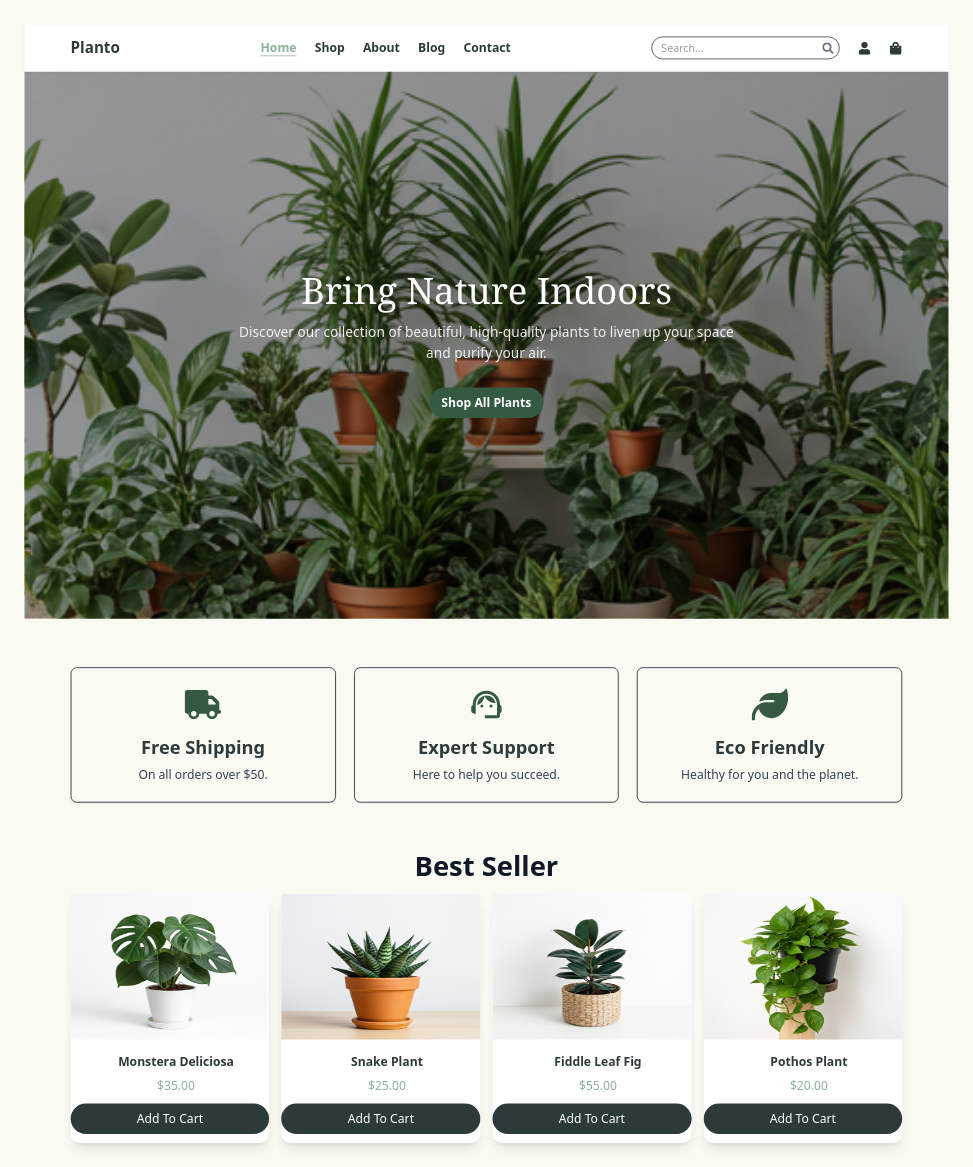
Repository: mazenessam99/Planto
Page: /
The author's editor kept a copy of each file at every save. The page is drawn from the files as they stood at one save, then again after a run of saves.
The browser window is 1280 px wide. The pictures show the whole page, at 76% of full size.
The project was rebuilt for these pictures with package versions that can differ from the ones it lists, and the page was loaded fresh each time. Also part of the build but not shown: vite.config.js.

Above is the page before, as saved 2025-11-22 23:12:17.

### index.html
<!doctype html>
<html lang="en">
  <head>
    <meta charset="UTF-8" />
    <link rel="icon" type="image/svg+xml" href="/vite.svg" />
    <meta name="viewport" content="width=device-width, initial-scale=1.0" />
    <title>plants_website</title>
  </head>
  <body>
    <div id="root"></div>
    <script type="module" src="/src/main.jsx"></script>
  </body>
</html>

### src/index.css
@import "tailwindcss";
@import "tailwindcss/theme" layer(theme);
@theme {
  --color-primary: #2D3A3A;
  --color-forest:#386641;
  --color-green:#345A41;
  --color-secondary: #8DB098;
  --color-Terracotta: #C27357;
  --color-sky:#B0D0D3;
  --font-cairo: "Cairo", sans-serif;
  --spacing-128: 32rem;
}

/* ----- BASE ----- */
@layer base {
  body {
    @apply  bg-[#F9FAF1] text-gray-900;
  }
}

/* ----- COMPONENTS ----- */
@layer components {
  .btn {
    @apply bg-primary text-white px-4 py-2 rounded-full cursor-pointer ;
  }
  .btn-green{
    @apply bg-green ;
  }

  .card {
    @apply bg-white p-6 rounded-xl shadow;
  }

}
/* Scrollbar width */
::-webkit-scrollbar {
  width: 8px;
}

/* Scrollbar track  */
::-webkit-scrollbar-track {
  background: #2D3A3A;
  border-radius: 8px;
}

/* Scrollbar thumb  */
::-webkit-scrollbar-thumb {
  background-color: #8DB098;
  border-radius: 8px;
}

::-webkit-scrollbar-thumb:hover {
  background-color: #789983;
}

.container{
  width:90%;
  margin:0 auto;
}

### src/App.jsx

import './App.css'
import Button from './components/ui/Button'
import Home from './pages/Home'

function App() {


  return (
    <>
      <Home/>


    </>
  )
}

export default App

### src/components/ui/Button.jsx
const Button = ({ children, className = "",variant="", ...props }) => {
    return (
        <button className={`btn btn-${variant} ${className}`} {...props}>
            {children}
        </button>
    )
}

export default Button

### src/pages/Home.jsx
import BestSeller from '../components/layout/BestSeller'
import DeliveryCard from '../components/layout/DeliveryCard'
import Hero from '../components/layout/Hero'
import Navbar from '../components/layout/Navbar'

const Home = () => {
  return (
    <div>
        <Navbar/>
        <Hero/>
        <DeliveryCard/>
        <BestSeller/>
    </div>
  )
}

export default Home

### src/components/layout/BestSeller.jsx
import React from 'react'
import { BESTSELLER_CARDS } from '../../utils/constants';
import ProductCard from '../ui/ProductCard';

const BestSeller = () => {
  return (
    <section className='container'>
        <h2 className="text-4xl text-center font-bold mb-4">Best Seller</h2>
        <div className='grid grid-cols-1 sm:grid-cols-2 lg:grid-cols-4 gap-4'>
            {BESTSELLER_CARDS.map((card,index)=>(
                <ProductCard src={card.src} title={card.title} price={card.price}/>
        ))}
        </div>

    </section>
  )
}

export default BestSeller;

### src/components/layout/DeliveryCard.jsx
import { motion } from "framer-motion";
import { DELIVERY_CARDS } from "../../utils/constants";
import { FaTruck, FaLeaf } from "react-icons/fa6";
import { MdSupportAgent } from "react-icons/md";

const icons = {
  truck: <FaTruck />,
  support: <MdSupportAgent />,
  leaf: <FaLeaf />,
};

const DeliveryCards = () => {
  return (
    <section className="container py-16">
      <div className="grid grid-cols-1 sm:grid-cols-2 lg:grid-cols-3 gap-6">
        {DELIVERY_CARDS.map((card, index) => (
          <div key={card.id} className="flex flex-col items-center justify-center text-center p-6 border rounded-lg shadow hover:shadow-lg  transition">
            <div className="text-5xl text-green">
              {icons[card.icon]}
            </div>
            <h3 className="mt-4 mb-2 font-bold text-xl md:text-2xl text-primary">{card.title}</h3>
            <p className="text-gray-700 ">{card.desc}</p>
          </div>
        ))}

      </div>
    </section>
  );
};

export default DeliveryCards;

### src/components/layout/Hero.jsx
import { motion } from "framer-motion";
import HeroImg from "../../assets/images/Hero.png";
import Button from "../ui/Button";

const Hero = () => {
  return (
    <section
      className="relative h-screen overflow-hidden"
    >

      <motion.div
        className="absolute inset-0 bg-cover bg-center"
        style={{ backgroundImage: `url(${HeroImg})` }}
        animate={{ scale: [1, 1.05, 1] }}
        transition={{ duration: 10, repeat: Infinity, ease: "easeInOut" }}
      />

      {/* Overlay */}
      <div className="absolute inset-0 bg-black/40"></div>

      <div className="relative z-10 flex flex-col items-center justify-center h-full px-4 md:px-0 space-y-4 text-center">
        <motion.h1
          initial={{ y: -20, opacity: 0 }}
          animate={{ y: 0, opacity: 1 }}
          transition={{ duration: 0.8 }}
          className="text-white text-2xl md:text-4xl lg:text-5xl font-serif"
        >
          Bring Nature Indoors
        </motion.h1>

        <motion.h2
          initial={{ y: 20, opacity: 0 }}
          animate={{ y: 0, opacity: 1 }}
          transition={{ duration: 0.8, delay: 0.3 }}
          className="text-white/90 text-sm md:text-base lg:text-lg max-w-2xl font-normal"
        >
          Discover our collection of beautiful, high-quality plants to liven up your space and purify your air.
        </motion.h2>

        <motion.div
          initial={{ scale: 0.8, opacity: 0 }}
          animate={{ scale: 1, opacity: 1 }}
          transition={{ duration: 0.5, delay: 0.6 }}
        >
          <Button className="btn-green font-bold mt-4">Shop All Plants</Button>
        </motion.div>
      </div>
    </section>
  );
};

export default Hero;

### src/components/layout/Navbar.jsx
import { useState } from "react";
import { NavLink } from "react-router-dom";
import { NAVBAR_LINKS } from "../../utils/constants";
import { FaBars, FaSearch, FaUser, FaShoppingBag } from "react-icons/fa";
import { IoClose } from "react-icons/io5";
import { motion, AnimatePresence } from "framer-motion";

const Navbar = () => {
    const [menuOpen, setMenuOpen] = useState(false);

    return (
        <nav className="bg-white shadow sticky top-0 z-50 ">
            <div className="container flex justify-between items-center py-4">
                {/* Logo */}
                <a href="/" className="text-primary text-xl font-bold">Planto</a>

                {/* Desktop Links */}
                <ul className="hidden md:flex gap-6 items-center">
                    {NAVBAR_LINKS.map((link) => (
                        <li key={link.id}>
                            <NavLink
                                to={link.path}
                                className={({ isActive }) =>
                                    `text-primary font-semibold transition hover:text-secondary
                                ${isActive ? "text-secondary underline underline-offset-4" : ""}`
                                }
                            >
                                {link.label}
                            </NavLink>
                        </li>
                    ))}
                </ul>

                {/* Desktop Icons + Search */}
                <div className="hidden md:flex gap-6 items-center text-primary">
                    {/* Search input */}
                    <div className="relative">
                        <input
                            type="text"
                            placeholder="Search..."
                            className="border rounded-full pl-3 pr-8 py-1 text-sm focus:outline-none focus:ring-2 focus:ring-secondary"
                        />
                        <FaSearch size={15} className="absolute right-2 top-2 text-gray-500" />
                    </div>

                    <FaUser size={17} className="cursor-pointer hover:text-secondary" />
                    <FaShoppingBag size={17} className="cursor-pointer hover:text-secondary" />
                </div>

                {/* Mobile menu button */}
                <button
                    className="md:hidden text-primary"
                    onClick={() => setMenuOpen(true)}
                    aria-label="Open menu"
                    aria-expanded={menuOpen}
                >
                    <FaBars size={22} />
                </button>
            </div>

            {/* Mobile overlay + drawer (AnimatePresence for exit animation) */}
            <AnimatePresence>
                {menuOpen && (
                    <motion.div
                        className="md:hidden fixed inset-0 z-40"
                        initial={{ opacity: 0 }}
                        animate={{ opacity: 1 }}
                        exit={{ opacity: 0 }}
                        onClick={() => setMenuOpen(false)}
                    >
                        {/* Drawer */}
                        <motion.div
                            className="bg-white w-72 h-full shadow-lg p-6"
                            initial={{ x: "-100%" }}
                            animate={{ x: 0 }}
                            exit={{ x: "-100%" }}
                            transition={{ type: "linear", duration: 0.4 }}
                            onClick={(e) => e.stopPropagation()}
                        >
                            {/* Close */}
                            <div className="flex justify-between items-center mb-6">
                                <a href="/" className="text-lg font-bold text-primary">Planto</a>
                                <button onClick={() => setMenuOpen(false)} aria-label="Close menu">
                                    <IoClose size={26} className="text-primary" />
                                </button>
                            </div>

                            {/* Mobile Search */}
                            <div className="mb-4">
                                <div className="relative">
                                    <input
                                        type="text"
                                        placeholder="Search..."
                                        className="w-full border rounded-full pl-3 pr-8 py-2 text-sm focus:outline-none focus:ring-2 focus:ring-secondary"
                                    />
                                    <FaSearch size={15} className="absolute right-3 top-3 text-gray-500" />
                                </div>
                            </div>

                            {/* Links */}
                            <ul className="flex flex-col gap-4 text-primary font-semibold">
                                {NAVBAR_LINKS.map((link) => (
                                    <li key={link.id}>
                                        <NavLink
                                            to={link.path}
                                            onClick={() => setMenuOpen(false)}
                                            className={({ isActive }) =>
                                                `block py-2 ${isActive ? "text-secondary" : ""}`
                                            }
                                        >
                                            {link.label}
                                        </NavLink>
                                    </li>
                                ))}
                            </ul>

                            {/* Icons */}
                            <div className="flex gap-4 mt-6 text-primary">
                                <FaUser size={18} />
                                <FaShoppingBag size={18} />
                            </div>
                        </motion.div>
                    </motion.div>
                )}
            </AnimatePresence>
        </nav>
    );
};

export default Navbar;

### src/utils/constants.js
import img1 from "../../src/assets/images/Featured_1.png";
import img2 from "../../src/assets/images/Featured_2.png";
import img3 from "../../src/assets/images/Featured_3.png";
import img4 from "../../src/assets/images/Featured_4.png";
// Navbar_Links
export const NAVBAR_LINKS = [
    { id: 1, label: 'Home', path: '/' },
    { id: 2, label: 'Shop', path: '/shop' },
    { id: 3, label: 'About', path: '/about' },
    { id: 4, label: 'Blog', path: '/blog' },
    { id: 5, label: 'Contact', path: '/contact' },
];

// Delivery_Cards
export const DELIVERY_CARDS = [
    { id: 1, icon: "truck", title: "Free Shipping", desc: "On all orders over $50." },
    { id: 2, icon: "support", title: "Expert Support", desc: "Here to help you succeed." },
    { id: 3, icon: "leaf", title: "Eco Friendly", desc: "Healthy for you and the planet." },
];

// BESTSELLER_CARDS
export const BESTSELLER_CARDS=[
    {id:1,src:img1,title:'Monstera Deliciosa',price:'$35.00'},
    {id:2,src:img2,title:'Snake Plant',price:'$25.00'},
    {id:3,src:img3,title:'Fiddle Leaf Fig',price:'$55.00'},
    {id:4,src:img4,title:'Pothos Plant',price:'$20.00'}
]

### src/components/ui/ProductCard.jsx
import Button from "./Button";

const ProductCard = ({src,title,price,showButton=true,buttonText='Add To Cart'}) => {
  return (
    <div className="bg-white rounded-xl shadow-lg flex flex-col">
      <div className="w-full h-48 overflow-hidden ">
        <img src={src} className="w-full h-full hover:scale-105 transition"/>
      </div>
      <h3 className="mt-4 ms-4 font-bold text-primary">{title}</h3>
      <p className="mt-2 ms-4 text-secondary">{price}</p>
      {showButton&&(
        <Button className="my-3 ">
          {buttonText}
        </Button>
      )}

    </div>
  )
}

export default ProductCard;

Loaded but not shown: src/main.jsx (common file); src/App.css (common file)

After the next 2 saves:
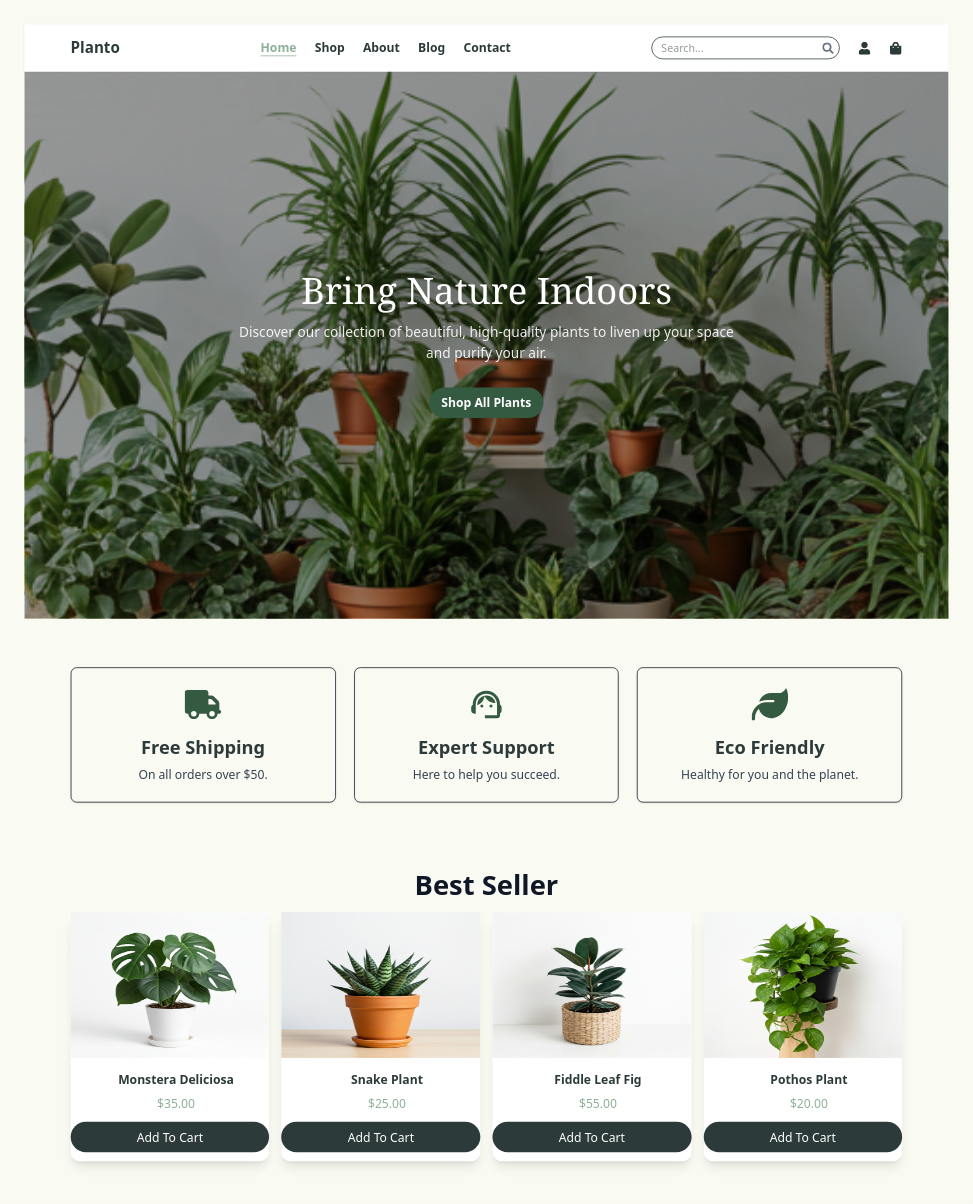
The 2 saves are shown as one change because they came seconds apart.
The last was saved 20 s later.
--- a/src/components/layout/BestSeller.jsx
+++ b/src/components/layout/BestSeller.jsx
@@ -4,7 +4,7 @@ import ProductCard from '../ui/ProductCard';
 
 const BestSeller = () => {
   return (
-    <section className='container'>
+    <section className='container py-6'>
         <h2 className="text-4xl text-center font-bold mb-4">Best Seller</h2>
         <div className='grid grid-cols-1 sm:grid-cols-2 lg:grid-cols-4 gap-4'>
             {BESTSELLER_CARDS.map((card,index)=>(
